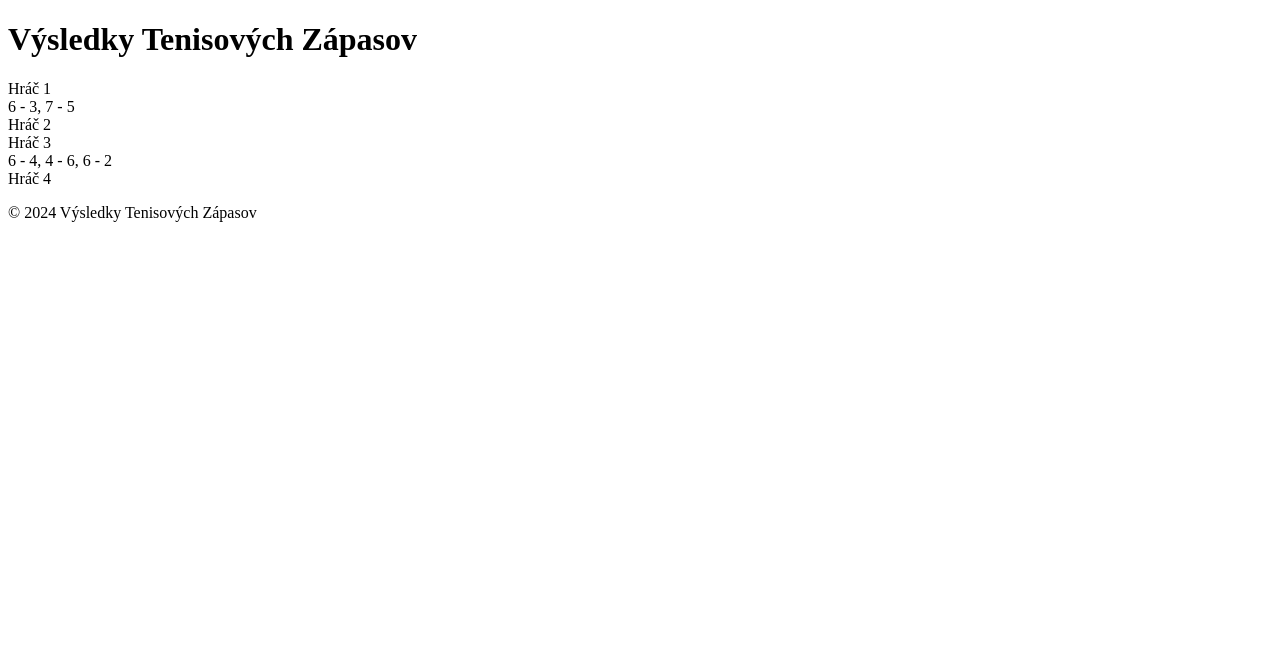
Repository: Badynko/tenis
Page: index.html
These files come from the project's save history. The page is drawn as it stood at one moment and after the next save; the edit follows.
The browser window is 1280 px wide. The pictures show the whole page.

Above is the page before, as saved 2024-06-24 17:48:08.
Not found: scripts.js
Not found: styles.css

### index.html
<!DOCTYPE html>
<html lang="sk">
  <head>
    <meta charset="UTF-8" />
    <meta name="viewport" content="width=device-width, initial-scale=1.0" />
    <title>Výsledky Tenisových Zápasov</title>
    <link rel="stylesheet" href="styles.css" />
  </head>
  <body>
    <header>
      <h1>Výsledky Tenisových Zápasov</h1>
    </header>
    <main>
      <section id="results">
        <!-- Výsledky zápasov -->
        <div class="match">
          <div class="player">Hráč 1</div>
          <div class="score">6 - 3, 7 - 5</div>
          <div class="player">Hráč 2</div>
        </div>
        <div class="match">
          <div class="player">Hráč 3</div>
          <div class="score">6 - 4, 4 - 6, 6 - 2</div>
          <div class="player">Hráč 4</div>
        </div>
      </section>
    </main>
    <footer>
      <p>&copy; 2024 Výsledky Tenisových Zápasov</p>
    </footer>
    <script src="scripts.js"></script>
  </body>
</html>

After the next save:
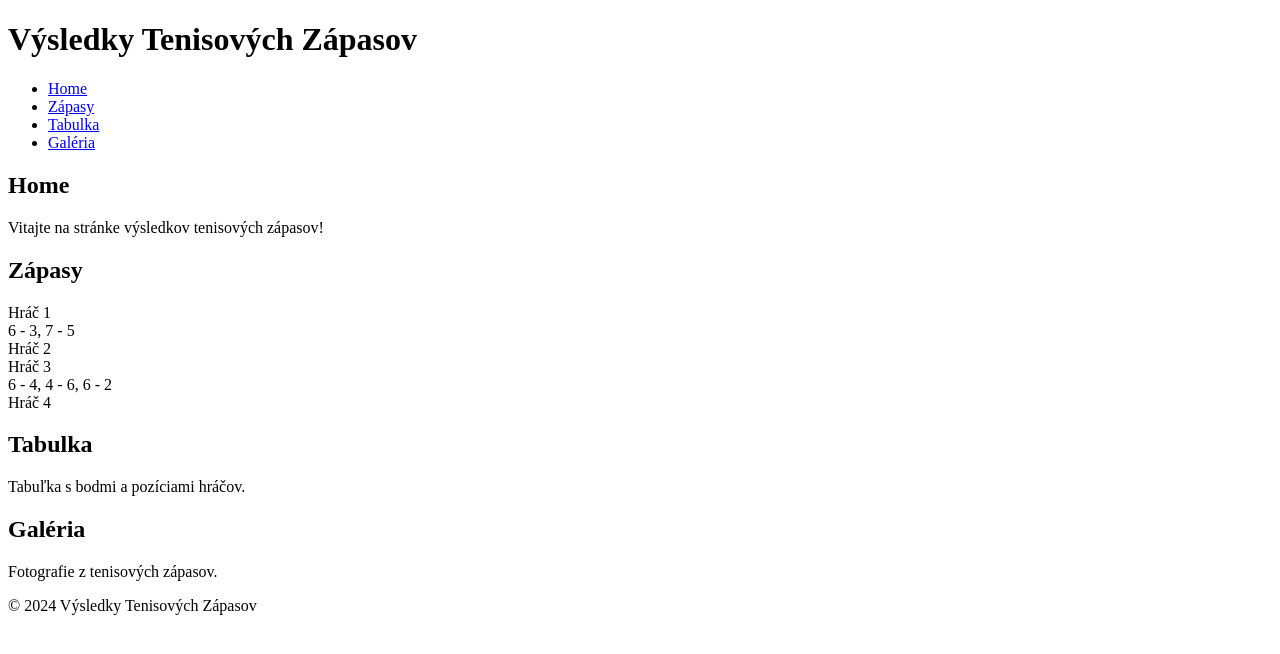
Saved 2 min 12 s later.
--- a/index.html
+++ b/index.html
@@ -9,10 +9,22 @@
   <body>
     <header>
       <h1>Výsledky Tenisových Zápasov</h1>
+      <nav>
+        <ul class="menu">
+          <li><a href="#home">Home</a></li>
+          <li><a href="#zapasy">Zápasy</a></li>
+          <li><a href="#tabulka">Tabulka</a></li>
+          <li><a href="#galeria">Galéria</a></li>
+        </ul>
+      </nav>
     </header>
     <main>
-      <section id="results">
-        <!-- Výsledky zápasov -->
+      <section id="home">
+        <h2>Home</h2>
+        <p>Vitajte na stránke výsledkov tenisových zápasov!</p>
+      </section>
+      <section id="zapasy">
+        <h2>Zápasy</h2>
         <div class="match">
           <div class="player">Hráč 1</div>
           <div class="score">6 - 3, 7 - 5</div>
@@ -24,6 +36,14 @@
           <div class="player">Hráč 4</div>
         </div>
       </section>
+      <section id="tabulka">
+        <h2>Tabulka</h2>
+        <p>Tabuľka s bodmi a pozíciami hráčov.</p>
+      </section>
+      <section id="galeria">
+        <h2>Galéria</h2>
+        <p>Fotografie z tenisových zápasov.</p>
+      </section>
     </main>
     <footer>
       <p>&copy; 2024 Výsledky Tenisových Zápasov</p>
